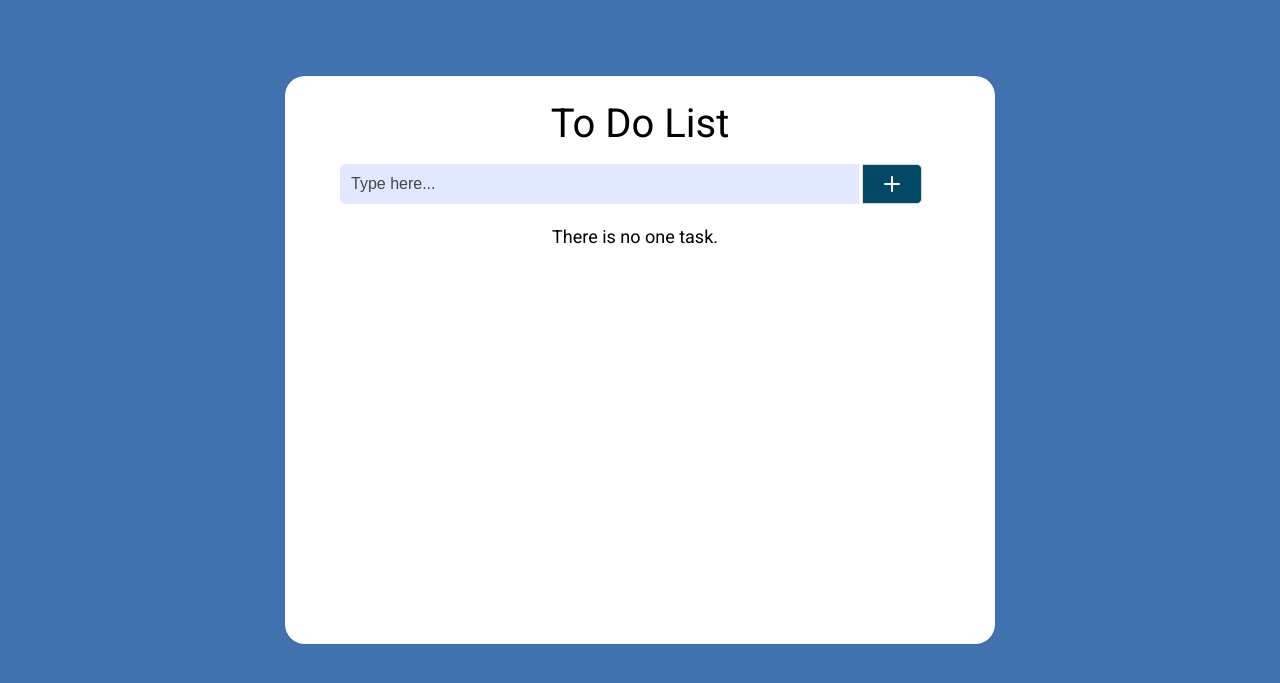
Repository: Azimich/react_ts_todo_vite_zustand
Page: /
These files come from the project's save history. The page is drawn as it stood at one moment and after the next save; the edit follows.
The browser window is 1280 px wide. The pictures show the whole page.
The project was rebuilt for these pictures with package versions that can differ from the ones it lists, and the page was loaded fresh each time. Also part of the build but not shown: vite.config.ts.

Above is the page before, as saved 2023-03-29 00:56:06.

### src/main.tsx
import React from 'react'
import ReactDOM from 'react-dom/client'


import App from './views/App'
import './views/styles/reset.scss'
import './views/styles/common.scss'

ReactDOM.createRoot(document.getElementById('root') as HTMLElement).render(
  <React.StrictMode>
    <App />
  </React.StrictMode>,
)

### src/views/App/index.tsx
import React, { FC, useEffect } from 'react'
import { useTuDoStore } from '../../data/stores/useToDoStore';
import InputPlus from '../components/InputPlus';
import InputTask from '../components/InputTask';

import styles from './index.module.scss';


const App: FC = () => {
  const [
    tasks,
    createTask,
    updateTask,
    removeTask
  ] = useTuDoStore((state) => [
    state.tasks,
    state.createTask,
    state.updateTask,
    state.removeTask
  ]);


  // useEffect(() => {
  //   createTask('pppp');
  // }, [createTask]);

  return (
    <div className={styles.article}>
      <h1 className={styles.article__Title}>To Do List</h1>
      <section className={styles.article__Section}>
        <InputPlus
          onAdd={(title) => {
            if (title) {
              createTask(title);
            }
          }}
        />
      </section>
      <section className={styles.article__Section__Tasks}>
        {!tasks.length && (
          <p className={styles.article__Text}>There is no one task.</p>
        )}
        {tasks.map((item) => {
          return (
            <InputTask
              key={item.id}
              id={item.id}
              title={item.title}
              onDone={removeTask}
              onEdited={updateTask}
              onRemoved={removeTask}
            />
          );
        })}
      </section>
    </div>
  );
}

export default App

### src/views/styles/common.scss
@import url('https://fonts.googleapis.com/css2?family=Inter:wght@300;400;700&family=Roboto:wght@400;500&display=swap');

body {
  font: 16px/1.4 'Roboto', sans-serif;
  background: #3F72AF;
  min-height: 100vh;
  padding: 1rem;
  box-sizing: border-box;
  display: flex;
  align-items: center;
  justify-content: center;
}

### src/data/stores/useToDoStore.ts
import {create} from 'zustand';
import { generateId } from './helpers';

interface ITask {
  id: string;
  title: string;
  createdAt: number;
}

interface ITaskStore {
  tasks: ITask[];
  createTask: (title: string) => void;
  removeTask: (id: string) => void;
  updateTask: (title: string, id: string) => void;
}

export const useTuDoStore = create<ITaskStore>((set, get) => ({
  tasks: [
    // {
    //   id: 'ffff',
    //   title: 'По дефолту',
    //   createdAt: 12165
    // }
  ],

  createTask: (title) => {
    const { tasks } = get();
    const newTask = {
      id: generateId(),
      title: title,
      createdAt: Date.now()
    }

    set({
      tasks: [newTask].concat(tasks),
    })
  },

  updateTask: (id: string, title: string) => {
    const { tasks } = get();
    set({
      tasks: tasks.map((task) => ({
        ...task,
        title: task.id === id ? title : task.title,
      }))
    })
  },

  removeTask: (id: string) => {
    const { tasks } = get();
    set({
      tasks: tasks.filter((task) => task.id !== id)
    })
  },
}))

### src/views/components/InputPlus/index.tsx
import React, { FC, useCallback, useState } from 'react'

import styles from './index.module.scss'

interface IInputPlus {
  onAdd: (title: string) => void;
}

const InputPlus: FC<IInputPlus> = ({ onAdd }) => {

  const [inputValue, setInputValue] = useState('')
  const addTask = useCallback(() => {
    onAdd(inputValue)
    setInputValue('')
  }, [inputValue])

  return (
    <div className={styles.inputPlus}>
      <input
        type={'text'}
        className={styles.inputPlus__Value}
        value={inputValue}
        onChange={(event) => setInputValue(event.target.value)}
        placeholder={"Type here..."}
        onKeyDown={(event) => {
          if (event.key === 'Enter') {
            addTask();
          }
        }}
      />
      <button onClick={addTask} aria-label="Add" className={styles.inputPlus__Button} />
    </div>
  );
};

export default InputPlus;

### src/views/App/index.module.scss

.article {
  min-width: 600px;
  background-color: #fff;
  border-radius: 20px;
  padding: 20px 55px;
  &__Title {
    font-size: 40px;
    margin-bottom: 0.3em;
    text-align: center;
  }
  &__Section {

  }
  &__Section__Tasks {
    height: 400px;
    overflow: auto;
    padding-right: 10px;
  }
  &__Section__Tasks::-webkit-scrollbar {
    width: 10px;
    background-color: #f9f9fd;
  }

  &__Section__Tasks::-webkit-scrollbar-thumb {
    border-radius: 10px;
    background-color: #014967;
  }

  &__Section__Tasks::-webkit-scrollbar-track {
    -webkit-box-shadow: inset 0 0 6px rgba(0, 0, 0, 0.2);
    border-radius:20px;
    background-color: #f9f9fd;
  }
  &__Text {
    text-align: center;
    font-size: 18px;
  }
}

### src/data/stores/helpers.ts

type GenerateId = () => string;

export const generateId: GenerateId = () => (
  Math.random().toString(16).slice(2) + new Date().getTime().toString(36)
);

### src/views/components/InputPlus/index.module.scss

.inputPlus {
  width: 97%;
  display: grid;
  grid-template-columns: 1fr 60px;
  gap: 3px;
  margin-bottom: 20px;
  &__Value {
    border: 1px solid #e1e8ff;
    border-top-left-radius: 5px;
    border-bottom-left-radius: 5px;
    padding: 10px;
    font-size: 1rem;
    background: rgb(225 232 255);
    outline: none;
    &::placeholder {
      color: #464646;
    }
    &:focus {
      border-color: #066c97;
    }
  }
  &__Button {
    border-top-right-radius: 5px;
    border-bottom-right-radius: 5px;
    border: 1px solid #dadada;
    cursor: pointer;
    background: #014967 url('../../images/plus.svg') no-repeat center center;
    padding: 10px;
    transform: all 0.3s ease;
    &:hover {
      opacity: 0.8;
    }
  }
}

### src/views/components/InputTask/index.tsx
import React, { FC } from 'react'

import styles from './index.module.scss'

interface IInputTask {
  id: string;
  title: string;
  onDone: (id: string) => void;
  onEdited: (id: string, title: string) => void;
  onRemoved: (id: string) => void;
}

const InputTask: FC<IInputTask> = ({ id, title, onDone, onEdited, onRemoved }) => {
  return <div>{title}</div>;
};

export default InputTask

Loaded but not shown: index.html (common file); src/views/styles/reset.scss (common file)

After the next save:
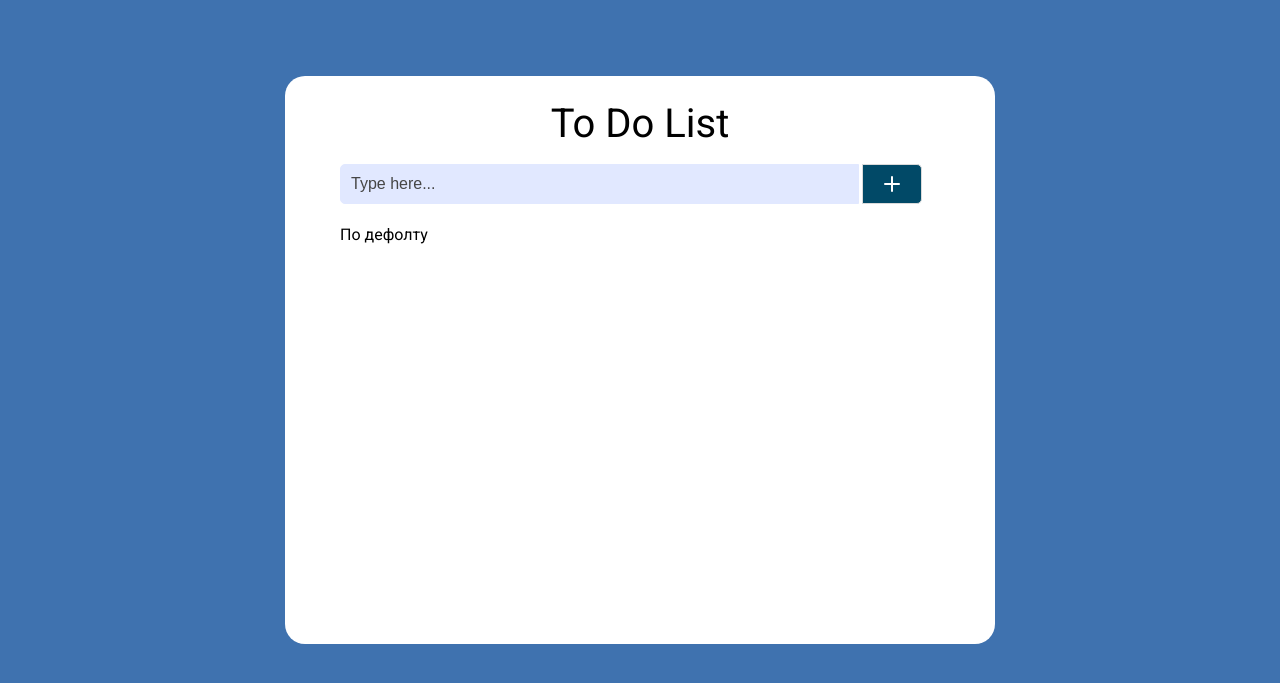
Saved 53 s later.
--- a/src/data/stores/useToDoStore.ts
+++ b/src/data/stores/useToDoStore.ts
@@ -16,11 +16,11 @@ interface ITaskStore {
 
 export const useTuDoStore = create<ITaskStore>((set, get) => ({
   tasks: [
-    // {
-    //   id: 'ffff',
-    //   title: 'По дефолту',
-    //   createdAt: 12165
-    // }
+    {
+      id: 'ffff',
+      title: 'По дефолту',
+      createdAt: 12165
+    }
   ],
 
   createTask: (title) => {
